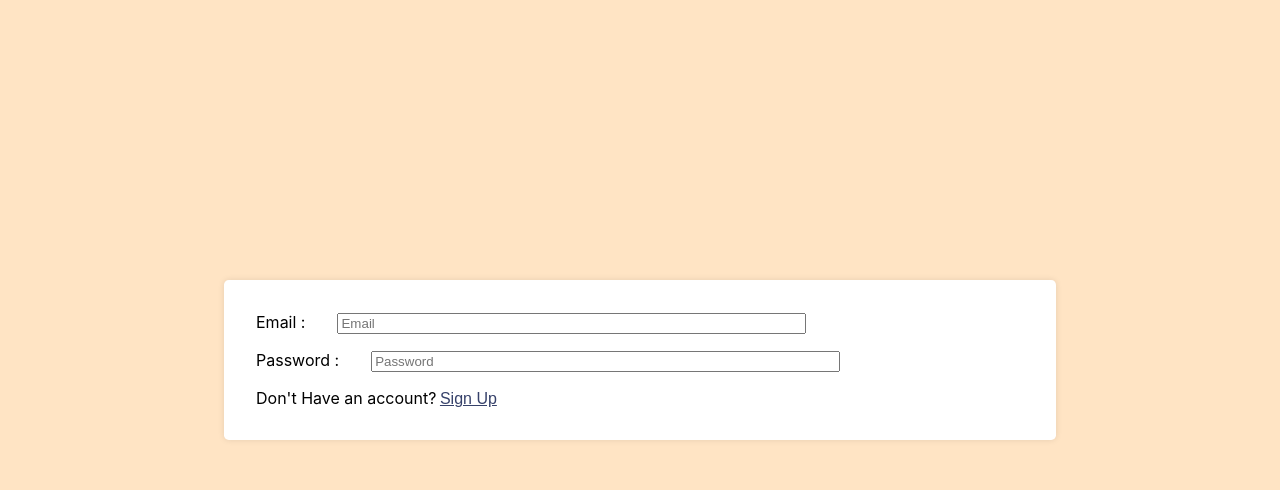
Repository: drumsmanku/test-1
Page: / (app in client/)
The author's editor kept a copy of each file at every save. The page is drawn from the files as they stood at one save, then again after the next save.
The browser window is 1280 px wide. The pictures show the whole page.
The project was rebuilt for these pictures with package versions that can differ from the ones it lists, and the page was loaded fresh each time. Also part of the build but not shown: client/src/App.css.

Above is the page before, as saved 2023-08-31 09:54:22.

### client/src/App.js
import './App.css';
import Login from './Components/Login/Login';

function App() {
  return (
    <div className="App">
      <Login/>
    </div>
  );
}

export default App;

### client/src/Components/Login/Login.js
import React from 'react';
import styles from './Login.module.css'

function Login() {
  return (
    <div className={styles.container}>

      <div className={styles.loginContainer}>
        <form style={{ width:'100%', display:'flex', flexDirection:'column'}}>
            <div style={{marginBottom:'1rem'}}>
              <label htmlFor="email">Email :</label>
              <input type="email" name='email'   placeholder='Email' style={{width:'60%',marginLeft:'2rem' }} />
            </div>
            <div style={{marginBottom:'1rem'}}>
              <label htmlFor="password">Password :</label>
              <input type="password" name='password'   placeholder='Password' style={{width:'60%',marginLeft:'2rem' }} />
            </div>

            <span style={{}}>Don't Have an account?<button style={{background:'none', color:'#36416A', fontSize:'medium', marginLeft:0, padding:0, width:'4rem', cursor:'pointer', border:'none', textDecoration:'underline'}}>Sign Up</button> </span>
        </form>

      </div>
    </div>
  )
}

export default Login

### client/src/Components/Login/Login.module.css
.container{
  background-color: bisque;
  height: 100vh;
  width: 100%;
  display: flex;
  align-items: center;
  justify-content: center;
}
.loginContainer{
  width: 60%;
  display: flex;
  background-color: white;
  box-shadow: 0 0 0.4rem 	rgb(0,0,0, 0.1);
  border-radius: 0.3rem;
  padding: 2rem;
  justify-content: center;

}

Loaded but not shown: client/public/index.html (common file); client/src/index.js (common file); client/src/index.css (common file)

After the next save:
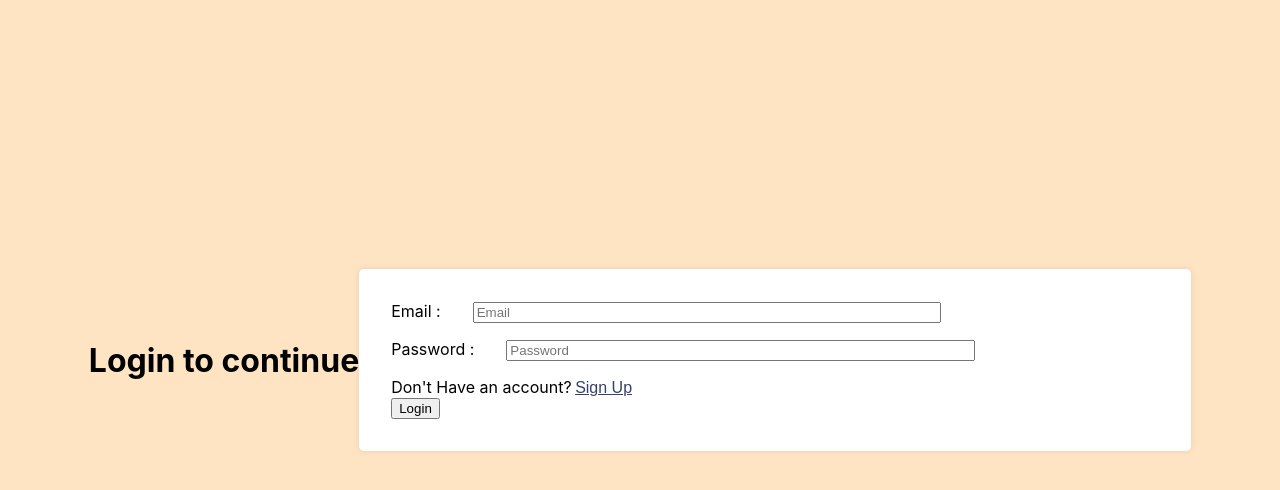
Saved 94 s later.
--- a/client/src/Components/Login/Login.js
+++ b/client/src/Components/Login/Login.js
@@ -4,7 +4,7 @@ import styles from './Login.module.css'
 function Login() {
   return (
     <div className={styles.container}>
-
+      <h1>Login to continue</h1>
       <div className={styles.loginContainer}>
         <form style={{ width:'100%', display:'flex', flexDirection:'column'}}>
             <div style={{marginBottom:'1rem'}}>
@@ -17,6 +17,10 @@ function Login() {
             </div>
 
             <span style={{}}>Don't Have an account?<button style={{background:'none', color:'#36416A', fontSize:'medium', marginLeft:0, padding:0, width:'4rem', cursor:'pointer', border:'none', textDecoration:'underline'}}>Sign Up</button> </span>
+
+            <div>
+              <button className={styles.button}> Login</button>
+            </div>
         </form>
 
       </div>
